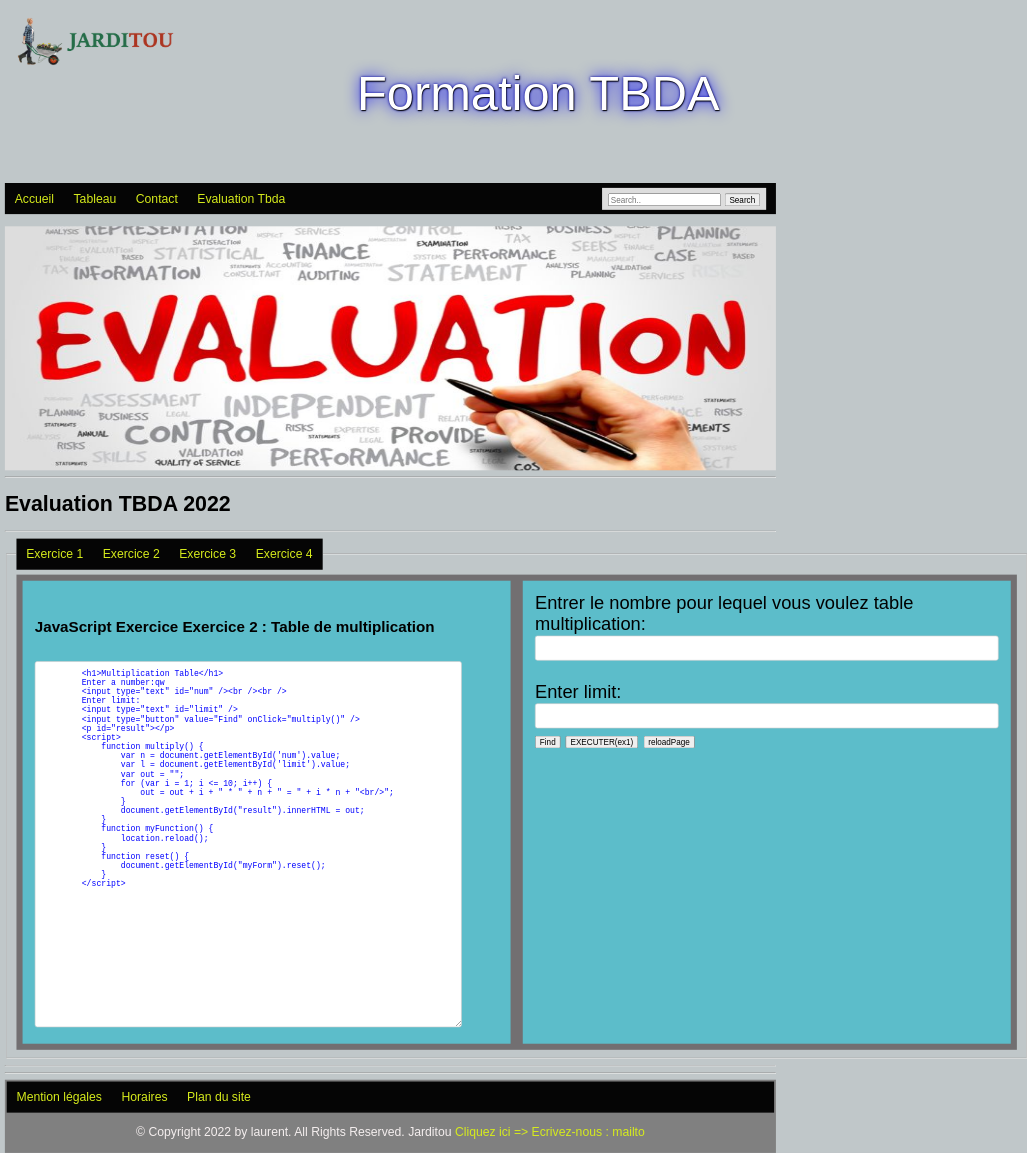
Repository: laurentbul/jarditou
Page: javascript/EvaluationTbda/eval_ex2.html
An editor plug-in stored every save of this project. The page is shown before and after the next save, followed by the edit.
The browser window is 1280 px wide. The page is 1684 px wide, so the pictures cover 1684 px, including what lies to the right of the window. The pictures show the whole page, at 61% of full size.

Above is the page before, as saved 2022-12-15 02:51:42.

After the next save:
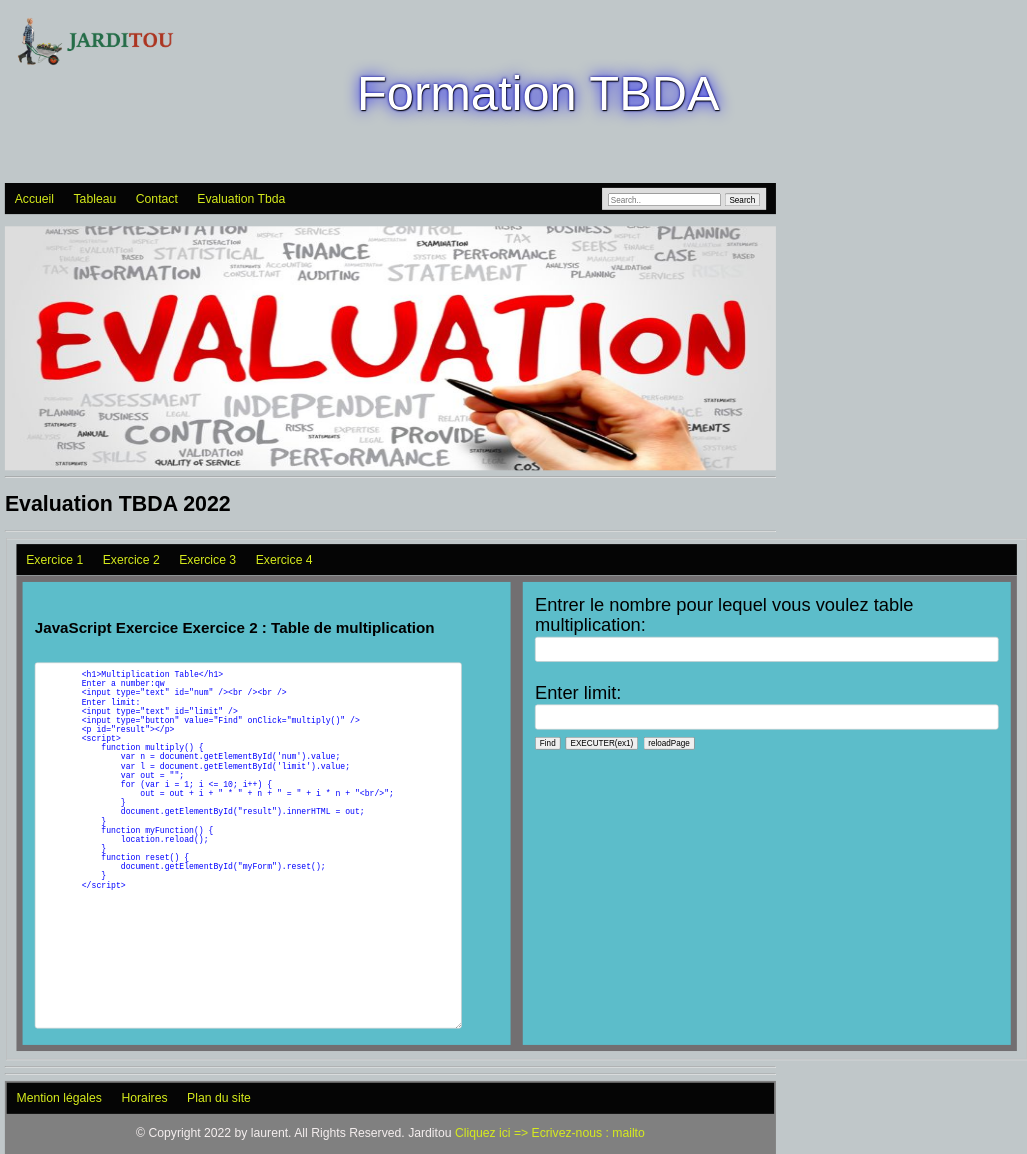
Saved 55 s later.
--- a/javascript/EvaluationTbda/eval_ex2.html
+++ b/javascript/EvaluationTbda/eval_ex2.html
@@ -54,7 +54,8 @@
     <h1>Evaluation TBDA 2022</h1>
     <hr>
     <fieldset>
-        <legend style="padding:1px 0; font-size:20px;">
+
+            <nav style="padding:1px 0; font-size:20px;">
                 <ul>
                     <li><a href="eval_ex1.html">Exercice 1 </a></li>
                     <li><a href="eval_ex2.html">Exercice 2 </a></li>
@@ -62,7 +63,8 @@
                     <li><a href="eval_ex4.html">Exercice 4</a></li>
                     </li>
                 </ul>
-        </legend>
+            </nav>
+
         <div class="flex-container2">
             <div id="code">
                 <h5>JavaScript Exercice Exercice 2 : Table de multiplication</h5>
